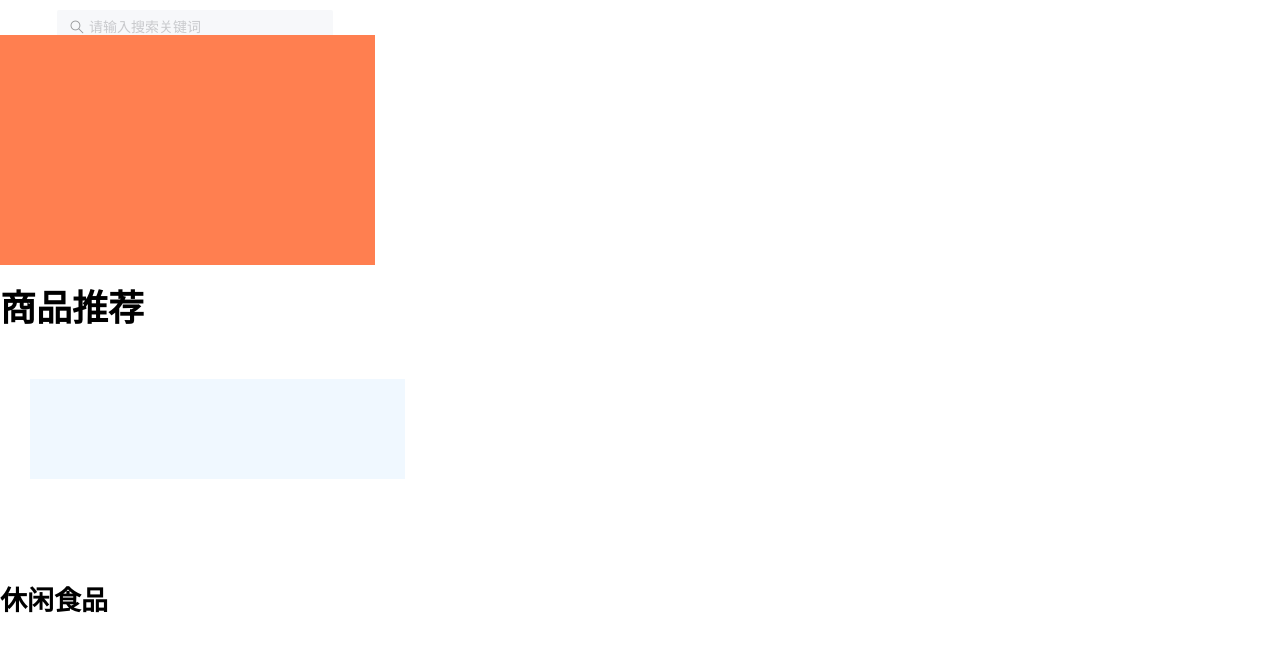
Repository: liyang777777/shangcheng
Page: /
An editor plug-in stored every save of this project. The page is shown before and after the next save, followed by the edit.
The browser window is 1280 px wide. The pictures show the whole page.
The page's requests for data from a server got no answer. The project was rebuilt for these pictures with package versions that can differ from the ones it lists, and the page was loaded fresh each time. No one was signed in, and anything a server would have sent is missing. Also part of the build but not shown: vue.config.js. Imported but missing from the stored project, and not drawn on this page: src/views/About.

Above is the page before, as saved 2020-06-23 14:57:39.

After the next save:
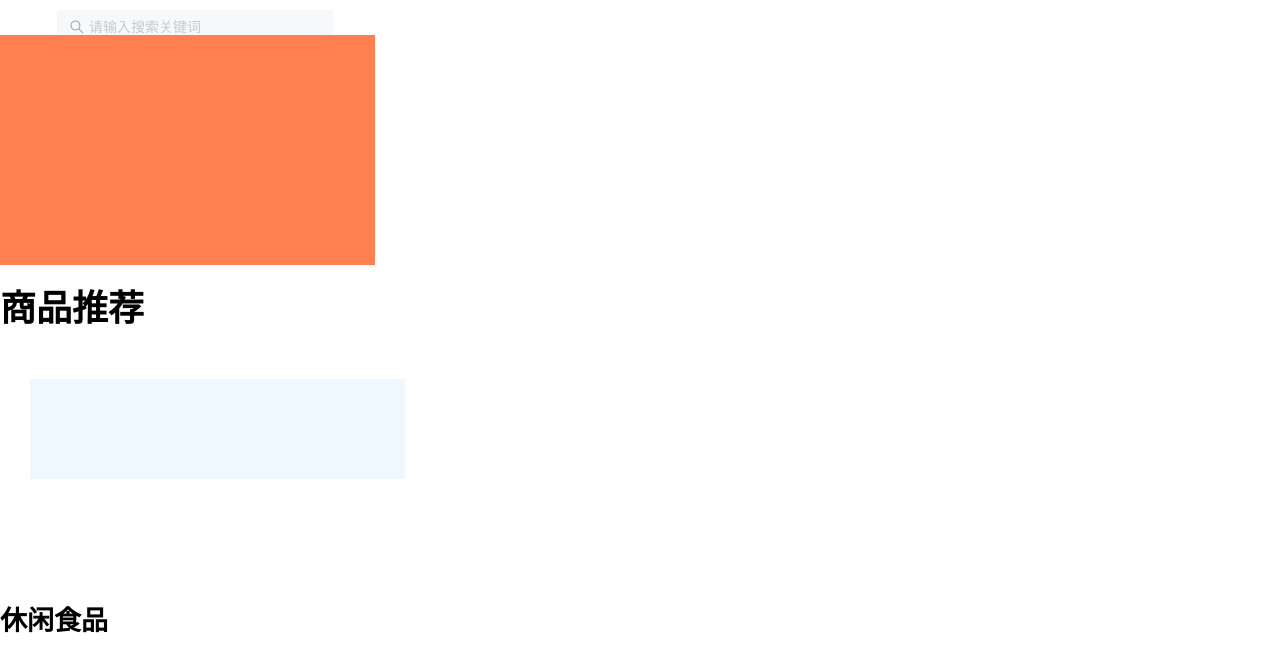
Saved 14 s later.
--- a/src/components/Prre.vue
+++ b/src/components/Prre.vue
@@ -73,7 +73,7 @@ export default {
   width: 200px;
   height: 100px;
   font-size: 18px;
-  margin-top: 100px;
+  margin-top: 120px;
 
 }
 </style>
